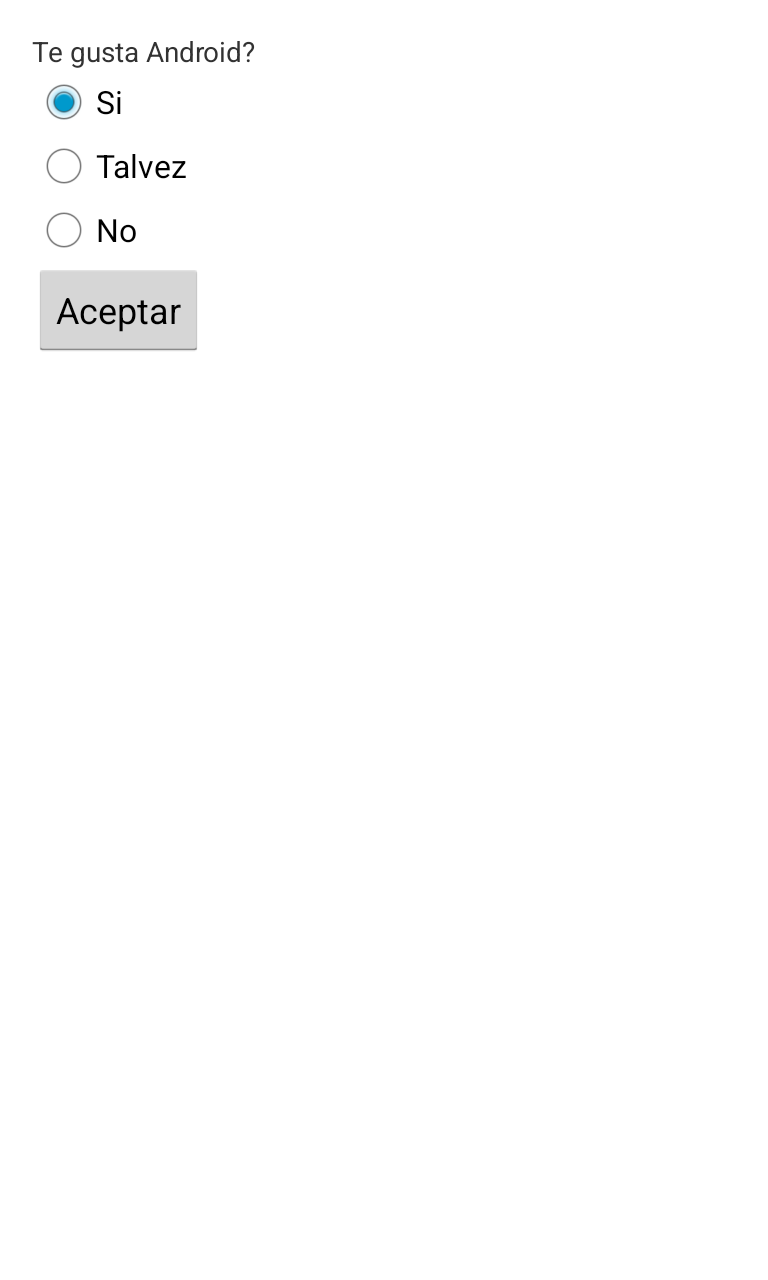
Repository: G3rcar/Android-I
Layout: Clase07RadioButton/res/layout/activity_main.xml
The author's editor kept a copy of each file at every save. The layout is drawn from the files as they stood at one save, then again after a run of saves.
It is drawn on a 768 x 1280 px phone screen (xhdpi) without system bars, with theme AppTheme; the app's code is not run.

Above is the layout before, as saved 2013-11-05 13:46:54.

After the next 2 saves:
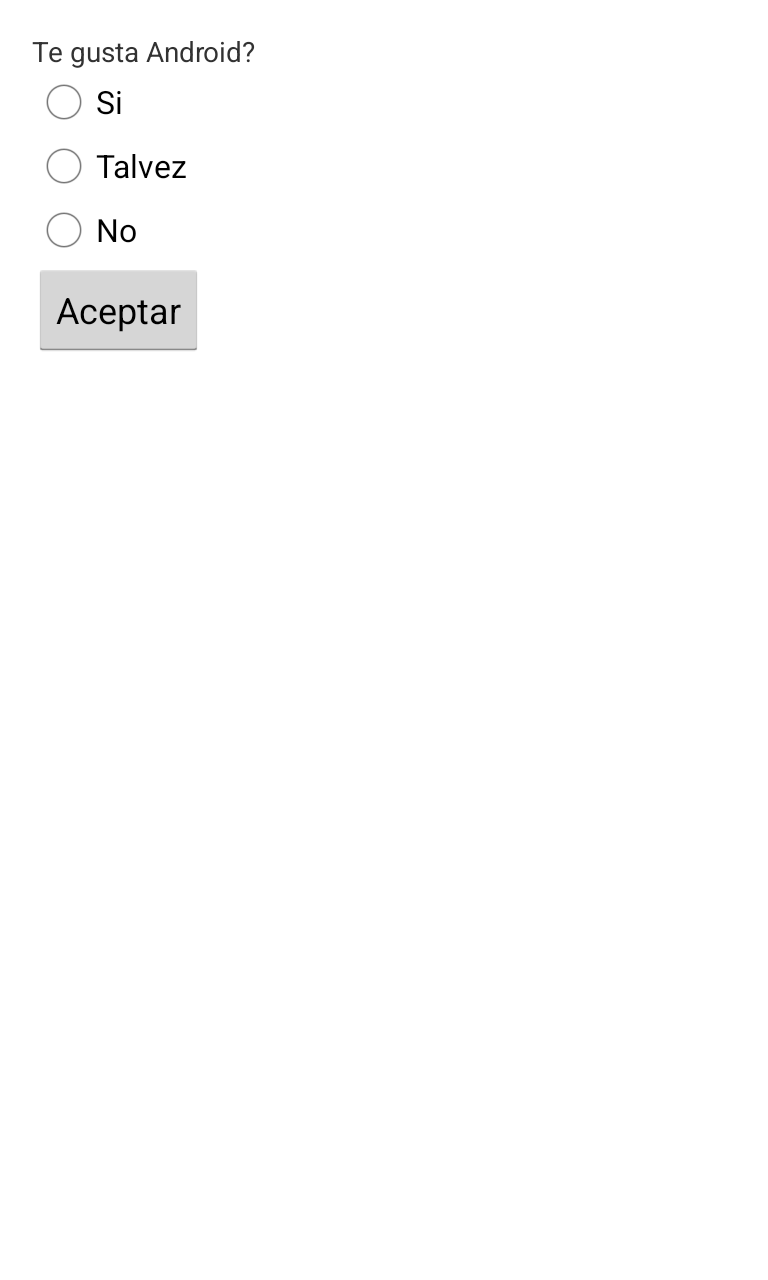
The 2 saves are shown as one change because they came seconds apart.
The last was saved 31 s later.
--- a/Clase07RadioButton/res/layout/activity_main.xml
+++ b/Clase07RadioButton/res/layout/activity_main.xml
@@ -25,19 +25,21 @@
             android:id="@+id/rbtnOk"
             android:layout_width="wrap_content"
             android:layout_height="wrap_content"
-            android:checked="true"
+            android:onClick="onRadioButtonClicked"
             android:text="@string/lblRbtnOk" />
 
         <RadioButton
             android:id="@+id/rbtnMaybe"
             android:layout_width="wrap_content"
             android:layout_height="wrap_content"
+            android:onClick="onRadioButtonClicked"
             android:text="@string/lblRbtnMaybe" />
 
         <RadioButton
             android:id="@+id/rbtnNo"
             android:layout_width="wrap_content"
             android:layout_height="wrap_content"
+            android:onClick="onRadioButtonClicked"
             android:text="@string/lblRbtnNo" />
 
     </RadioGroup>
